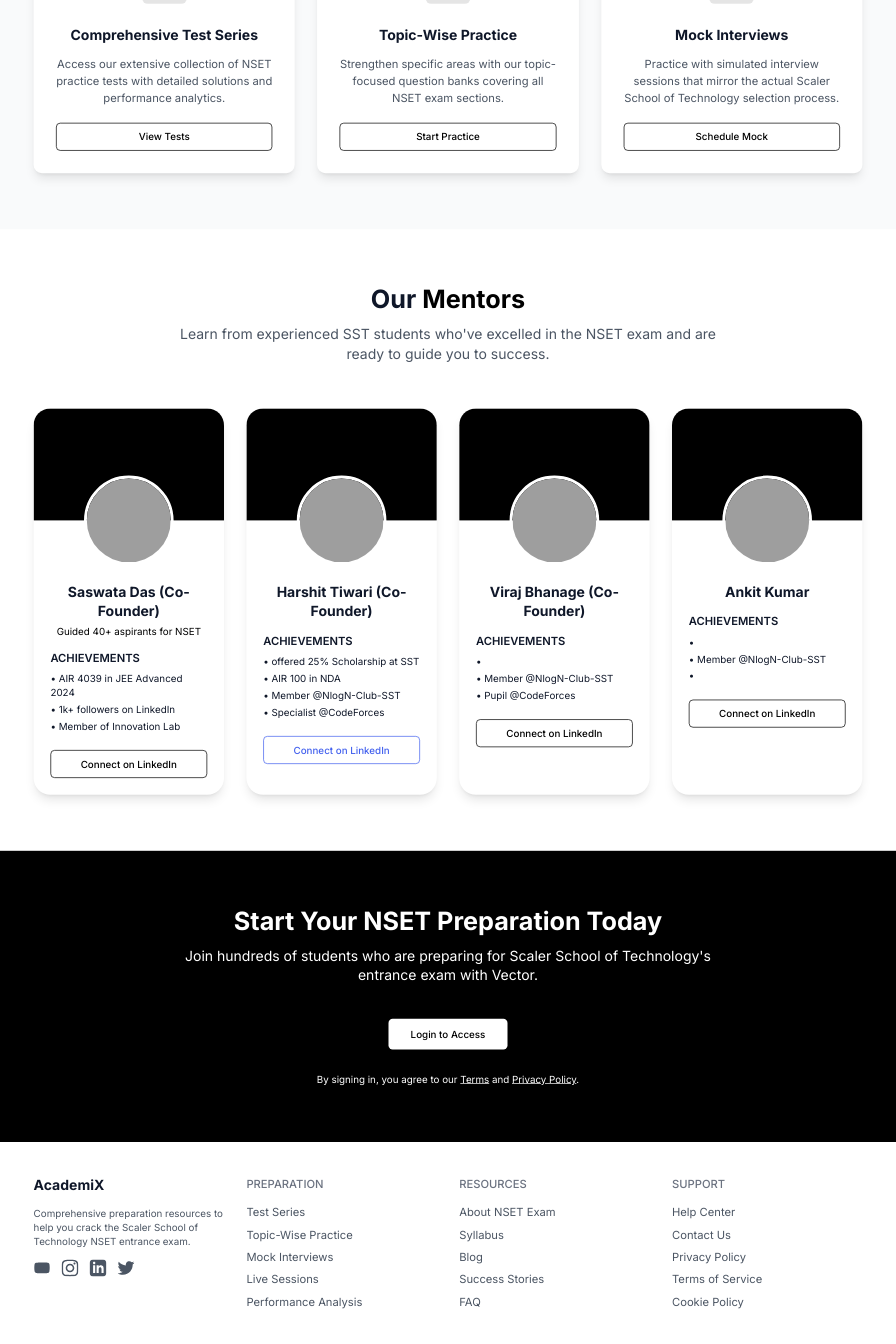
Repository: techSaswata/Nebula
Page: /
An editor plug-in stored every save of this project. The page is shown before and after the next save, followed by the edit.
The browser window is 1280 px wide. The pictures show the part of the page from y = 918 to 2838 px (the page is 2838 px tall), at 70% of full size.
Pictures or frames that could not be fetched are drawn as grey boxes. The page's requests for data from a server got no answer. The project was rebuilt for these pictures with package versions that can differ from the ones it lists, and the page was loaded fresh each time. The framework's server and built-in components were replaced by stand-ins that run in the browser. No one was signed in, and anything a server would have sent is missing. Also part of the build but not shown: next.config.js, next.config.ts, src/components/ui/dropdown-menu.tsx.

Above is the page before, as saved 2025-03-25 18:23:42.

After the next save:
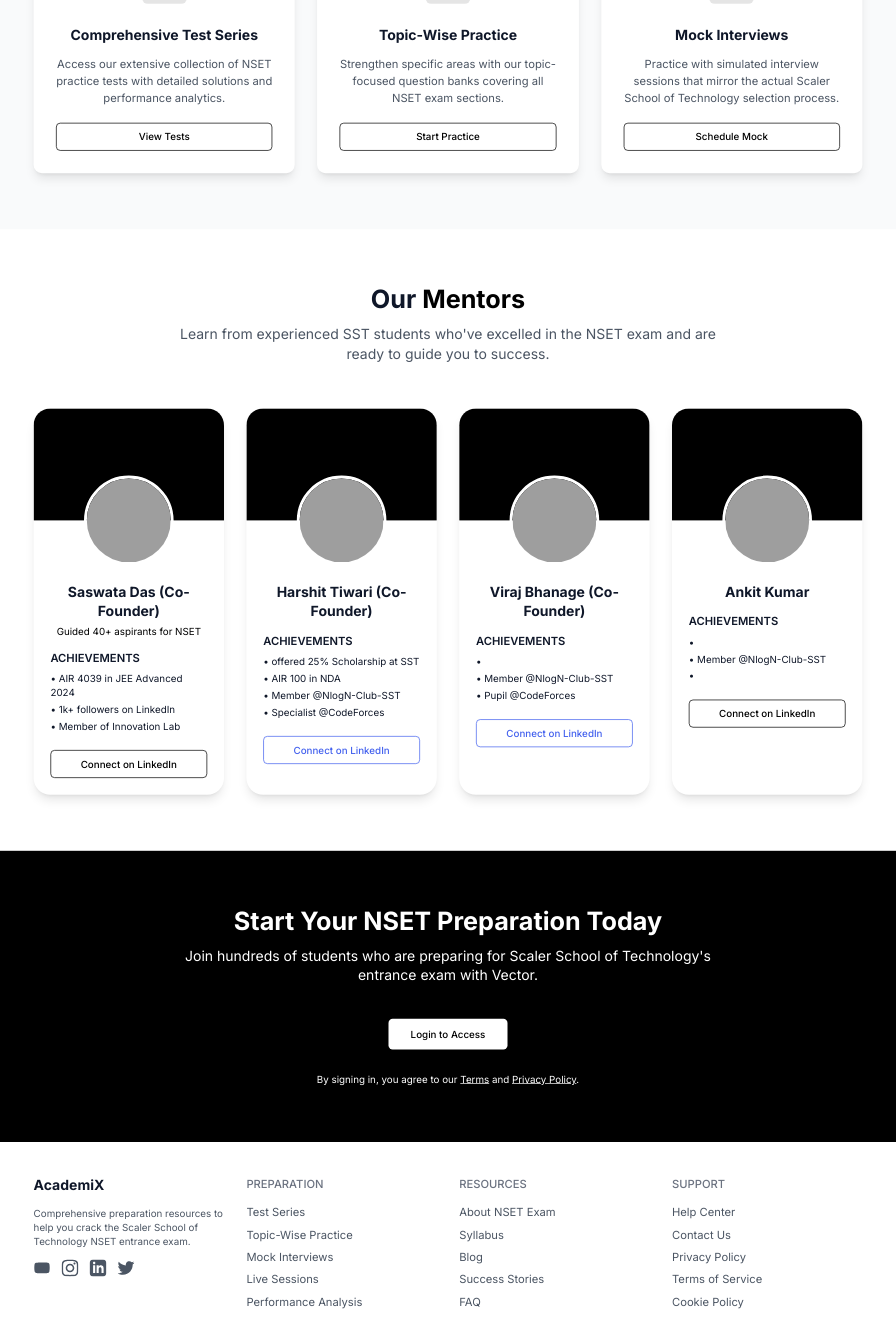
Saved 42 s later.
--- a/src/app/page.tsx
+++ b/src/app/page.tsx
@@ -202,7 +202,7 @@
                     </ul>
                   </div>
                   <Link href="" className="w-full">
-                    <Button variant="outline" className="w-full border-[#000000] text-[#000000] hover:bg-[#000000]/10">
+                    <Button variant="outline" className="w-full border-[#4361EE] text-[#4361EE] hover:bg-[#4361EE]/10">
                       Connect on LinkedIn
                     </Button>
                   </Link>
